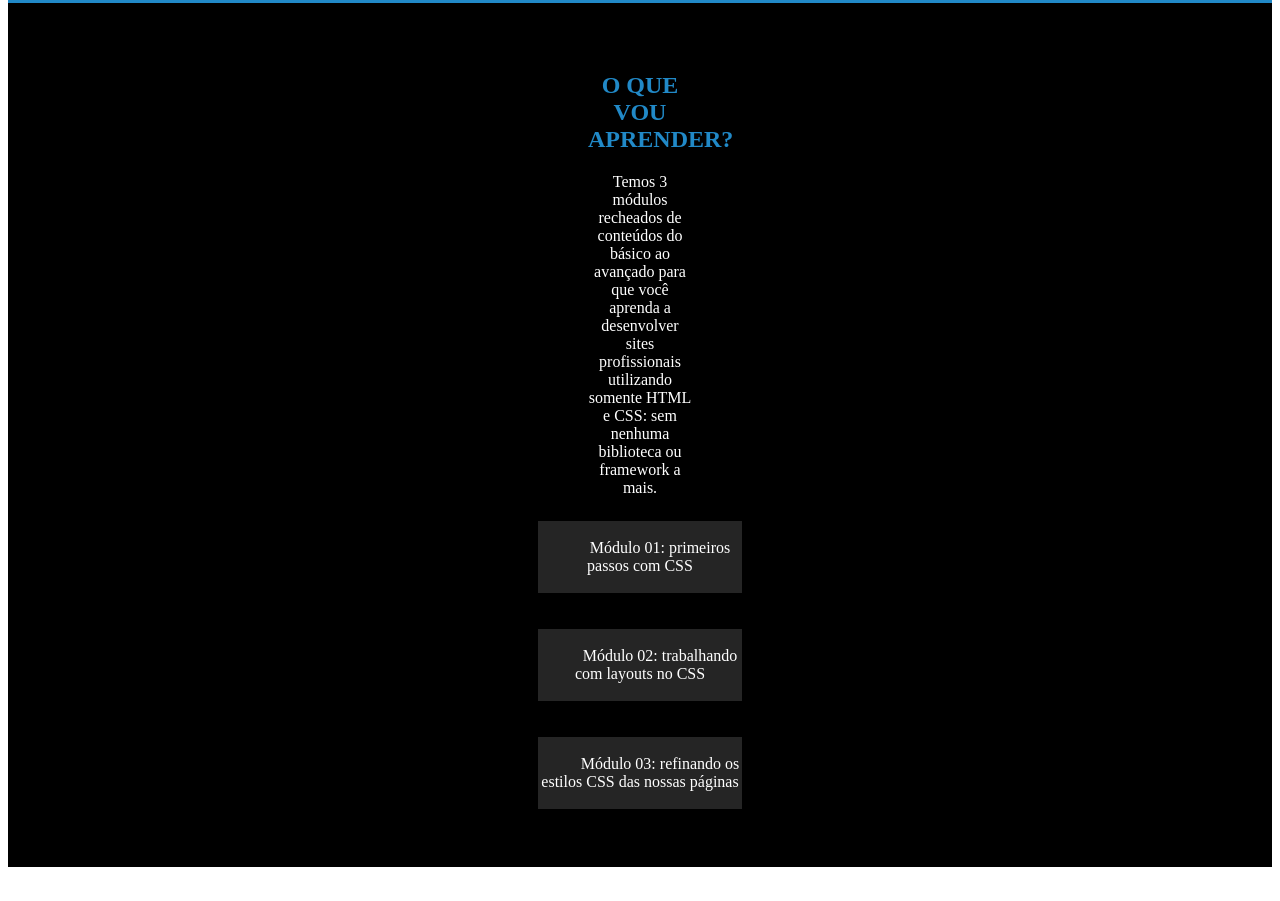
Repository: gustavotwist/trilha-css-desafio-01
Page: index.html
These files come from the project's save history. The page is drawn as it stood at one moment and after the next save; the edit follows.
The browser window is 1280 px wide. The pictures show the part of the page from y = 449 to 1350 px (the page is 2143 px tall before and 2149 px after).
A picture or video elsewhere on the page could not be fetched, so the positions and the page height are approximate.

Above is the page before, as saved 2024-07-15 18:59:04.

### index.html
<!DOCTYPE html>
<html lang="en">
<head>
  <meta charset="UTF-8">
  <meta http-equiv="X-UA-Compatible" content="IE=edge">
  <meta name="viewport" content="width=device-width, initial-scale=1.0">
  <title>Trilha de CSS - DIO</title>
  <link rel="stylesheet" href="global.css">
</head>
<body>
  <header class="banner">
    <div class="banner-content">
      <div class="logo">
        <img src="assets/images/logo.png" title="Logotipo Trilha de CSS DIO" alt="Logotipo Trilha de CSS DIO">
      </div>
      <h1>Trilha de CSS da DIO</h1>
      <p>A nova Trilha de CSS da DIO está disponível. Acesse já e aprenda do zero como desenvolver sites profissionais.</p>
      <button>Quero me inscrever</button>
    </div>
  </header>
  <main>
    <section id="course-content">
      <h2>O que vou aprender?</h2>
      <p>
        Temos 3 módulos recheados de conteúdos do básico ao avançado para que você aprenda a
        desenvolver sites profissionais utilizando somente HTML e CSS: sem nenhuma biblioteca ou framework a mais.
      </p>
      <div class="modules-list">
        <div class="module">
          <span>Módulo 01:</span> primeiros passos com CSS
        </div>
        <div class="module">
          <span>Módulo 02:</span> trabalhando com layouts no CSS
        </div>
        <div class="module">
          <span>Módulo 03:</span> refinando os estilos CSS das nossas páginas
        </div>
      </div>
    </section>
    <section id="transform-world">
      <p>TRANSFORME O MUNDO COM A GENTE</p>
    </section>
    <section id="professional-challenges">
      <h2>Evolua e encare novos desafios profissionais</h2>
      <img src="assets/images/professional-challenges.png" title="Homem lendo depoimentos em um tablet" alt="Homem lendo depoimentos em um tablet">
      <p>
        Junte-se ao nosso ecossistema e transforme o mundo com a gente! Todos os dias dezenas de empresas
        acessam a nossa plataforma em busca dos talentos mais criativos, dinâmicos e colaborativos,
        além do conhecimento técnico.
        A nossa missão é te preparar para que você conecte-se com as melhores oportunidades.
      </p>
    </section>
  </main>
  <footer>
    <img class="dio-logo" src="assets/images/dio-logo.png" title="Logotipo DIO com o texto make the change" alt="Logotipo DIO com o texto make the change">
    <p>Acesse <a href="https://dio.me">dio.me</a> e se cadastre agora</p>
  </footer>
</body>
</html>

### global.css
.banner {
    background:url('/assets/images/banner.png'), no-repeat, linear-gradient(to bottom, #030709, #030709 10%, #0a1b23 50%, #030709 95%);
    color:white;
}

h1, h2 {
    color:#2189c7;
    text-transform:uppercase;
}

.banner-content {
    text-align:center;
    padding:70px;
    margin-bottom:30px;
}

.logo img{
    width:180px;
    radial-gradient(#030709, #061216);
}

button {
   background-color:transparent;
   color:#2189c7;
   border:solid #2189c7;
   padding:1em;
   width:22em;
   text-transform:uppercase;
   word-spacing:2px;
}

#course-content{
    border-top: solid  #2189c7;
    margin-top: -30px;
    padding:50px 580px;
    text-align:center;
    background-color:#000000;
}

section, p{
    color: white;
}


.modules-list {
    white-space:pre-wrap;
    margin:-28px -50px;
    padding:-50px -40px;
}

.module {
    background-color:#252525;
    border: 30px solid #2189c7 1px ;
}

After the next save:
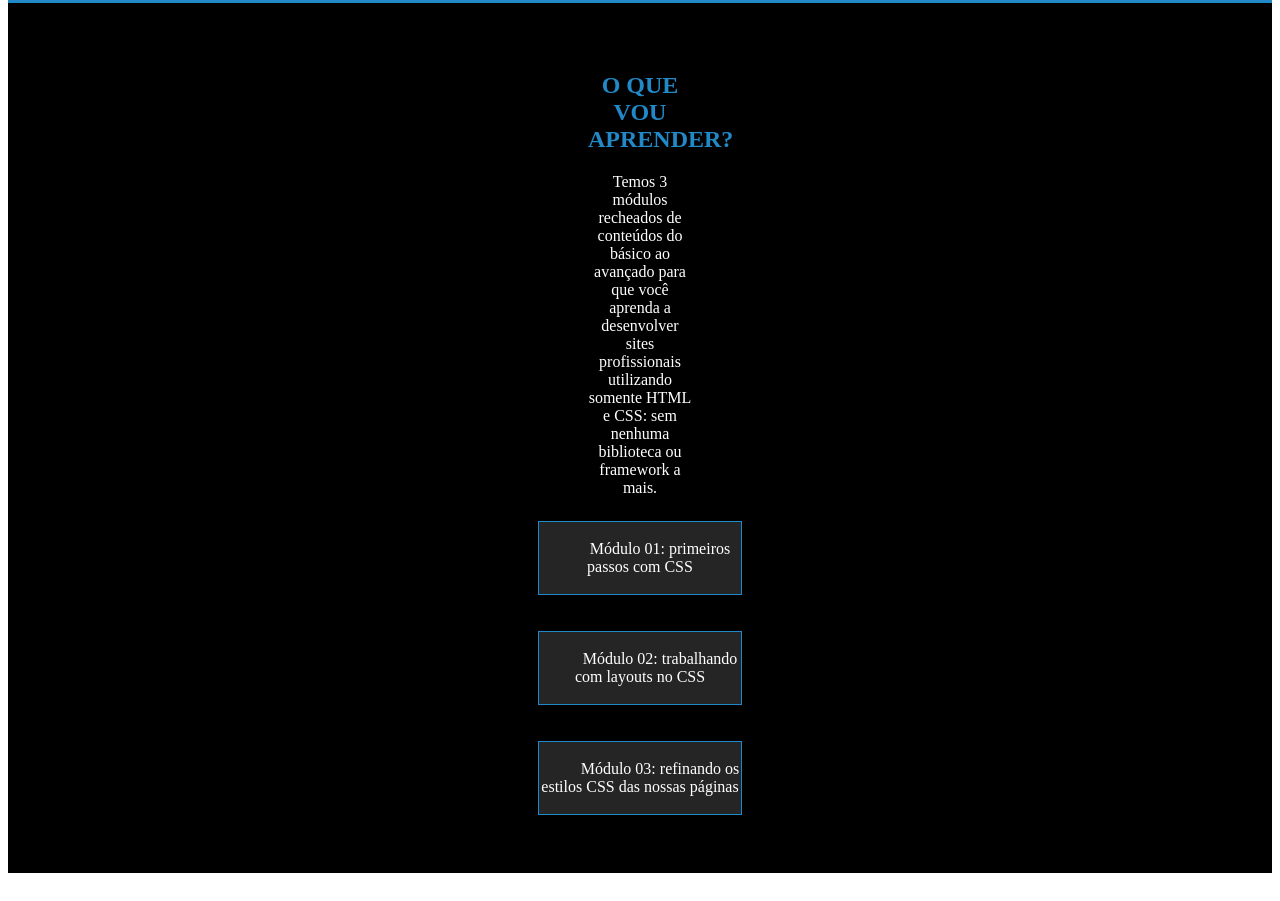
Saved 7 s later.
--- a/global.css
+++ b/global.css
@@ -50,5 +50,5 @@
 
 .module {
     background-color:#252525;
-    border: 30px solid #2189c7 1px ;
+    border:solid #2189c7 1px ;
 }

After the save that followed:
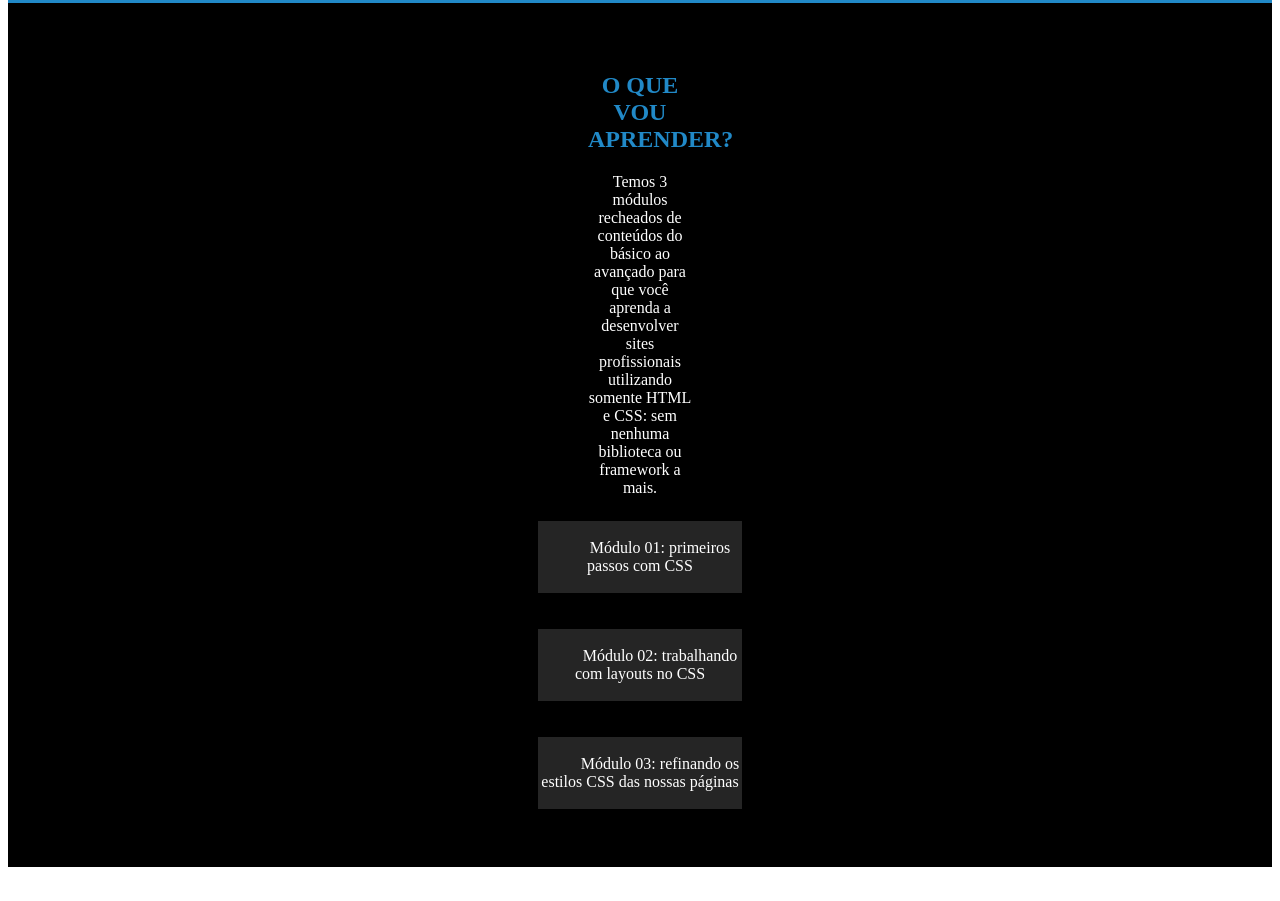
Saved 7 s later.
--- a/global.css
+++ b/global.css
@@ -50,5 +50,5 @@
 
 .module {
     background-color:#252525;
-    border:solid #2189c7 1px ;
+    border:radiossolid #2189c7 1px ;
 }
